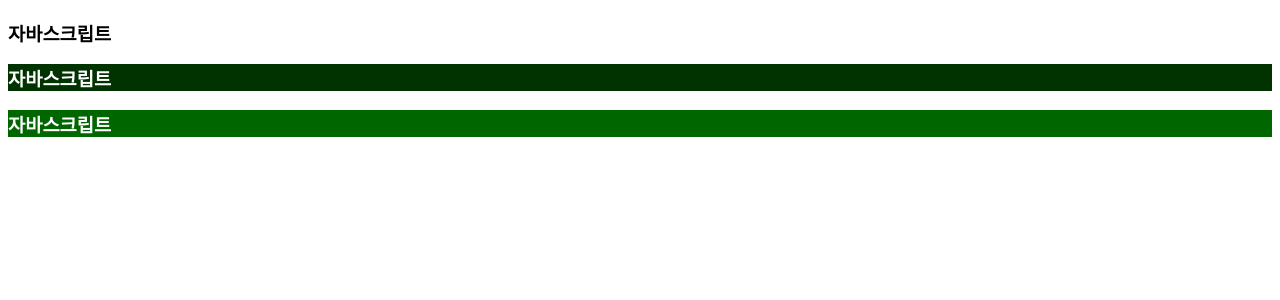
Repository: gwonjunsu95/html5
Page: html5/WebContent/day0504.html
These files come from the project's save history. The page is drawn as it stood at one moment and after the next save; the edit follows.
The browser window is 1280 px wide. The pictures show the whole page.

Above is the page before, as saved 2020-04-22 05:01:51.

### html5/WebContent/day0504.html
<!DOCTYPE html>
<html>
<head>
<meta charset="UTF-8">
<title>Insert title here</title>
</head>
<body>
	<h3>안녕하세요</h3>
	<h3 class = "text">안녕하세요</h3>
	<h3 class = "text">안녕하세요</h3>
	<script>
		let tags = document.getElementsByTagName("h3"); //단일 태그가 아닐시에는 배열로 리턴
		for(let i = 0; i < tags.length; i++){
			tags[i].innerText = "Hello";
			tags[i].style.background = "#00" + i*33 + "00";
		}

		let texts = document.getElementsByClassName("text");
		for(let i = 0; i < texts.length; i++){
			texts[i].style.color = "white";
		}

		let query = document.querySelector("h3");
		query.innerText = "안녕하세요.";

		let querys = document.querySelectorAll("h3");
		for(let i = 0; i < querys.length; i++){
			querys[i].innerText = "자바스크립트";
		}

// 		let querys = document.querySelectorAll(".text");
// 		for(let i = 0; i < querys.length; i++){
// 			querys[i].style.fontSize = "30px";
// 		}
	</script>
</body>
</html>

After the next save:
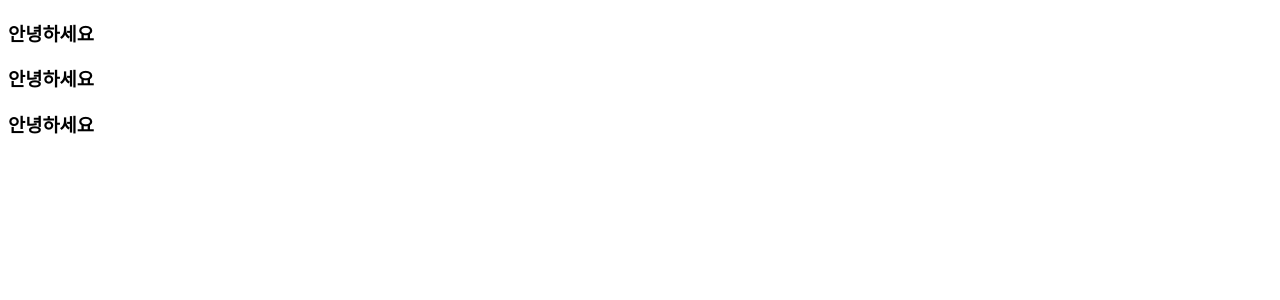
Console error: SyntaxError: Identifier 'querys' has already been declared
Saved 7 s later.
--- a/html5/WebContent/day0504.html
+++ b/html5/WebContent/day0504.html
@@ -28,10 +28,10 @@
 			querys[i].innerText = "자바스크립트";
 		}
 
-// 		let querys = document.querySelectorAll(".text");
-// 		for(let i = 0; i < querys.length; i++){
-// 			querys[i].style.fontSize = "30px";
-// 		}
+		let querys = document.querySelectorAll(".text");
+		for(let i = 0; i < querys.length; i++){
+			querys[i].style.fontSize = "30px";
+		}
 	</script>
 </body>
 </html>

After the save that followed:
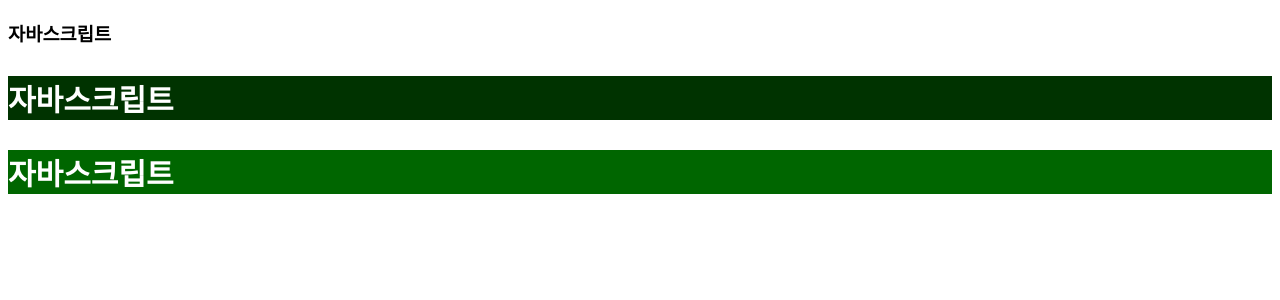
The error is gone.
Saved 31 s later.
--- a/html5/WebContent/day0504.html
+++ b/html5/WebContent/day0504.html
@@ -28,7 +28,7 @@
 			querys[i].innerText = "자바스크립트";
 		}
 
-		let querys = document.querySelectorAll(".text");
+		querys = document.querySelectorAll(".text");
 		for(let i = 0; i < querys.length; i++){
 			querys[i].style.fontSize = "30px";
 		}
